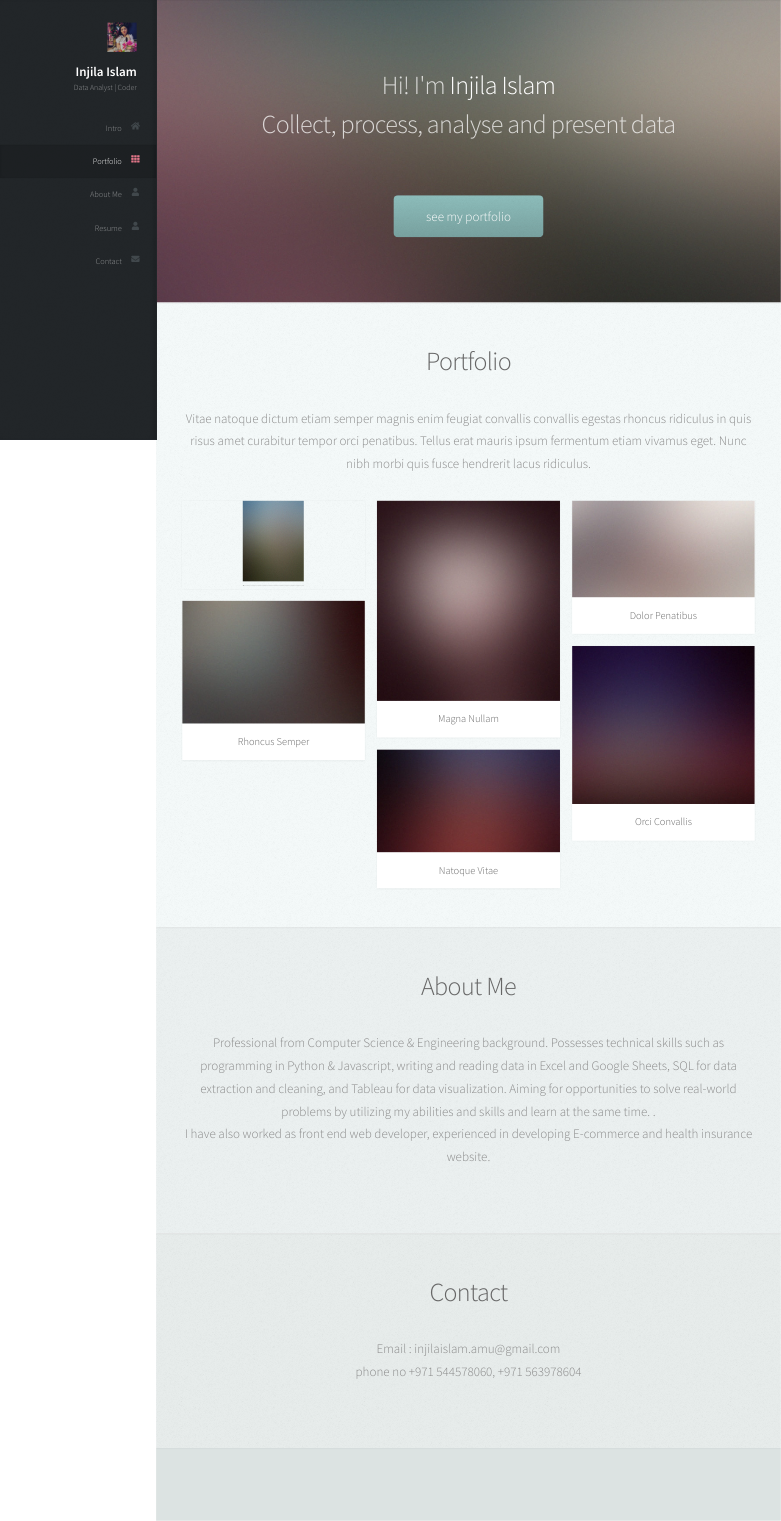
Repository: IslamInjila/new_portfolio
Page: index.html
These files come from the project's save history. The page is drawn as it stood at one moment and after the next save; the edit follows.
The browser window is 1280 px wide. The pictures show the whole page, at 61% of full size.

Above is the page before, as saved 2021-03-06 16:56:47.

After the next save:
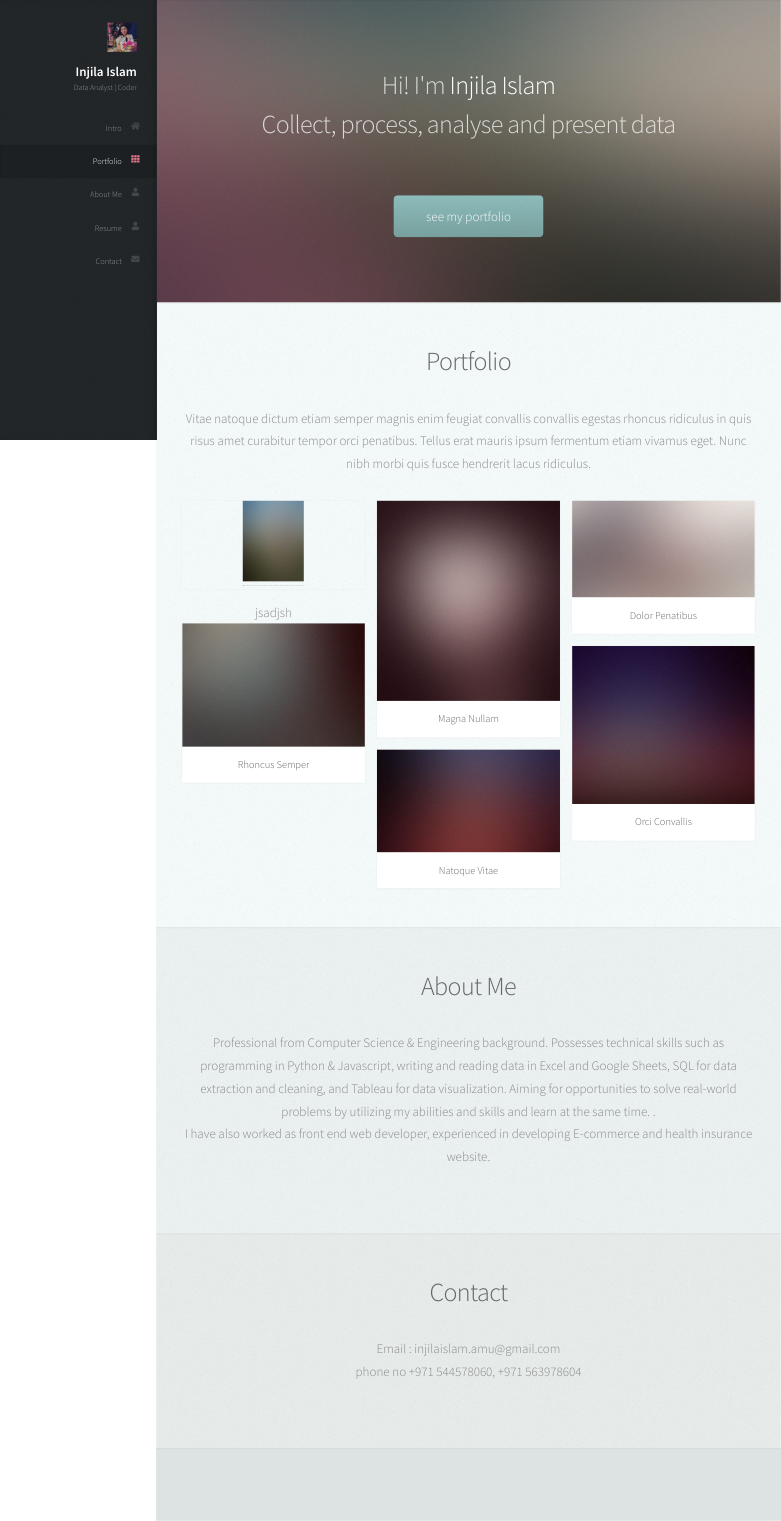
Saved 2 min 31 s later.
--- a/index.html
+++ b/index.html
@@ -98,6 +98,7 @@
 											</a></p>
 
 									</article>
+									jsadjsh
 									<article class="item">
 										<a href="#" class="image fit"><img src="images/pic03.jpg" alt="" /></a>
 										<header>
